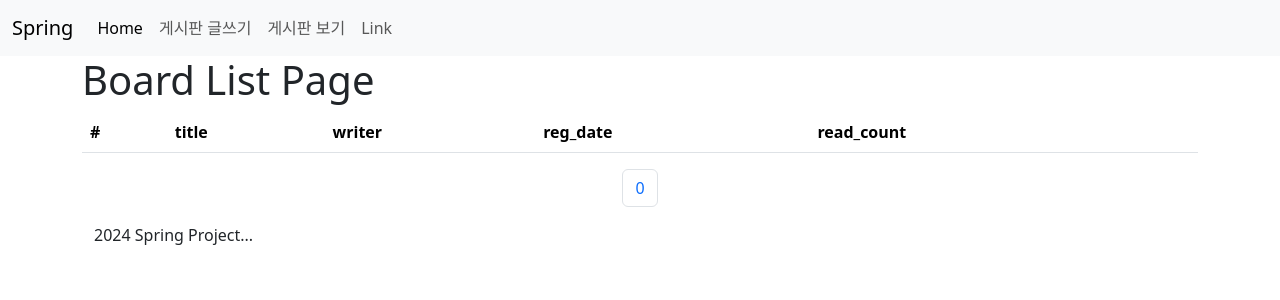
Repository: oco0217/SpringTest2
Page: http://localhost/spring_test2/WEB-INF/views/board/list.jsp
The author's editor kept a copy of each file at every save. The page is drawn from the files as they stood at one save, then again after the next save.
The browser window is 1280 px wide. The pictures show the whole page.
The page is served by Tomcat 9. Nobody is signed in. The template is opened directly, without the code that normally fills it, so the values that code supplies are empty.

Above is the page before, as saved 2024-05-01 03:39:27.

After the next save:
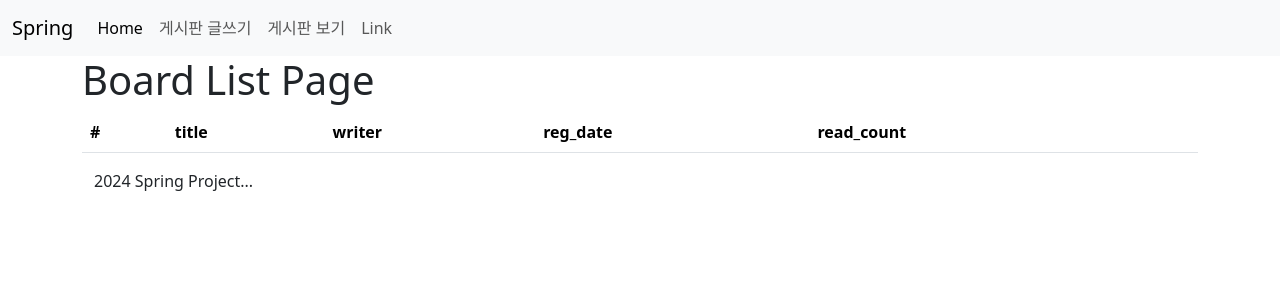
Saved 8 s later.
--- a/spring_test2/src/main/webapp/WEB-INF/views/board/list.jsp
+++ b/spring_test2/src/main/webapp/WEB-INF/views/board/list.jsp
@@ -75,7 +75,7 @@
 
 	<!-- 페이지네이션 -->
 
-	<nav aria-label="Page navigation example">
+<%-- 	<nav aria-label="Page navigation example">
 		<ul class="pagination justify-content-center">
 
 		<c:if test="${ph.prev }">
@@ -94,7 +94,7 @@
 			</a></li>
 				</c:if>
 		</ul>
-	</nav>
+	</nav> --%>
 
 
 	<jsp:include page="../layout/footer.jsp" />
